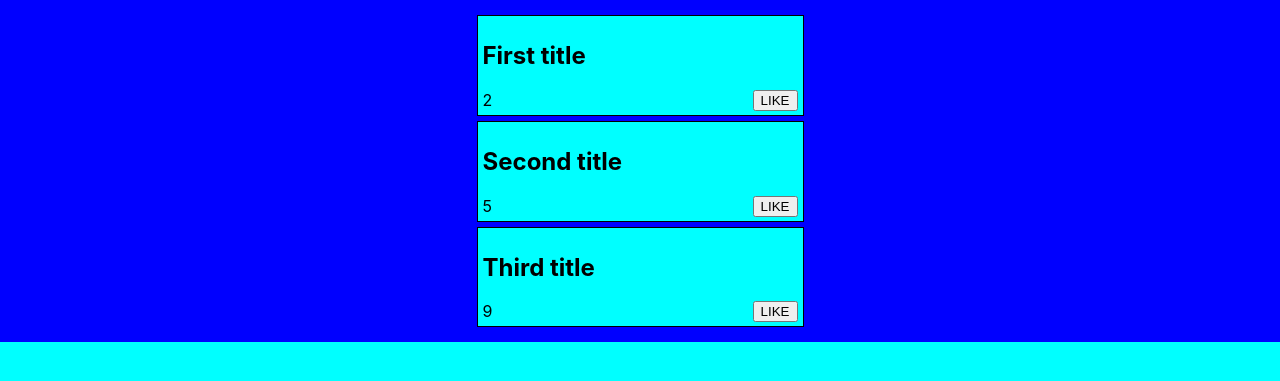
Repository: asapvtec98/egzamin
Page: /
The author's editor kept a copy of each file at every save. The page is drawn from the files as they stood at one save, then again after the next save.
The browser window is 1280 px wide. The pictures show the whole page.
The project was rebuilt for these pictures with package versions that can differ from the ones it lists, and the page was loaded fresh each time.

Above is the page before, as saved 2023-11-14 12:36:04.

### src/App.js
import React from "react";
import Komentarz from "./components/Comment";
import "./App.css";
function App() {
  const comments = [
    {
      title: "First title",
      likes: 2
    },
    {
      title: "Second title",
      likes: 5
    },
    {
      title: "Third title",
      likes: 9
    }
  ]

  const displayComments = comments.map((comment) =>
      <div className="Comment">
        <Komentarz title={comment.title} likes={comment.likes}></Komentarz>
      </div>
  )

  return (
      <div className="App">
        {displayComments}
      </div>
  )
}

export default App;

### src/components/Comment.js
import React, { useState } from "react";
import "./Comment.css";

function Komentarz(props) {
    const [likes, setLike] = useState(false);
    const [count, setCount] = useState(parseInt(props.likes));
    const [show, setShow] = useState(true);

    const handleLikes = () => {
        if(!likes) {
            setLike(true);
            setCount(count + 1);
        } else {
            setLike(false);
            setCount(count - 1);
        }


    };

    return(
        <div className="comment">
            <h2>{props.title}</h2>
            <div>
                    <p className="inline" >{count}</p>
                    <button type="button" onClick={() => {
                        setShow(!show)
                        handleLikes();
                    }}>{show === true ? 'LIKE' : 'DISLIKE'}</button>
            </div>
        </div>
    )

}
export default Komentarz;

### src/App.css
body {
  background-color: aqua;
}

.App {
  background-color: blue;
  width: auto;
  padding: 10px;
}

### src/components/Comment.css
.comment {
    border: 1px solid black;
    background-color:aqua;
    margin: auto;
    margin-top: 5px;
    margin-bottom: 5px;
    width: 25%;
    padding: 5px;

}


.inline {
    display: inline;
}

button {
    float: right;
}

Loaded but not shown: public/index.html (common file); src/index.js (common file); src/index.css (common file); src/reportWebVitals.js (common file)

After the next save:
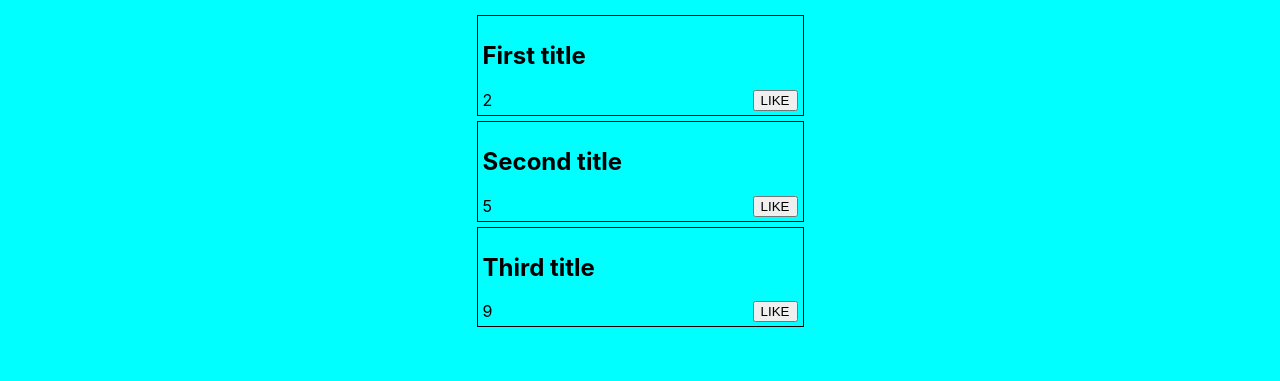
Saved 4 s later.
--- a/src/App.css
+++ b/src/App.css
@@ -3,7 +3,6 @@ body {
 }
 
 .App {
-  background-color: blue;
   width: auto;
   padding: 10px;
 }
